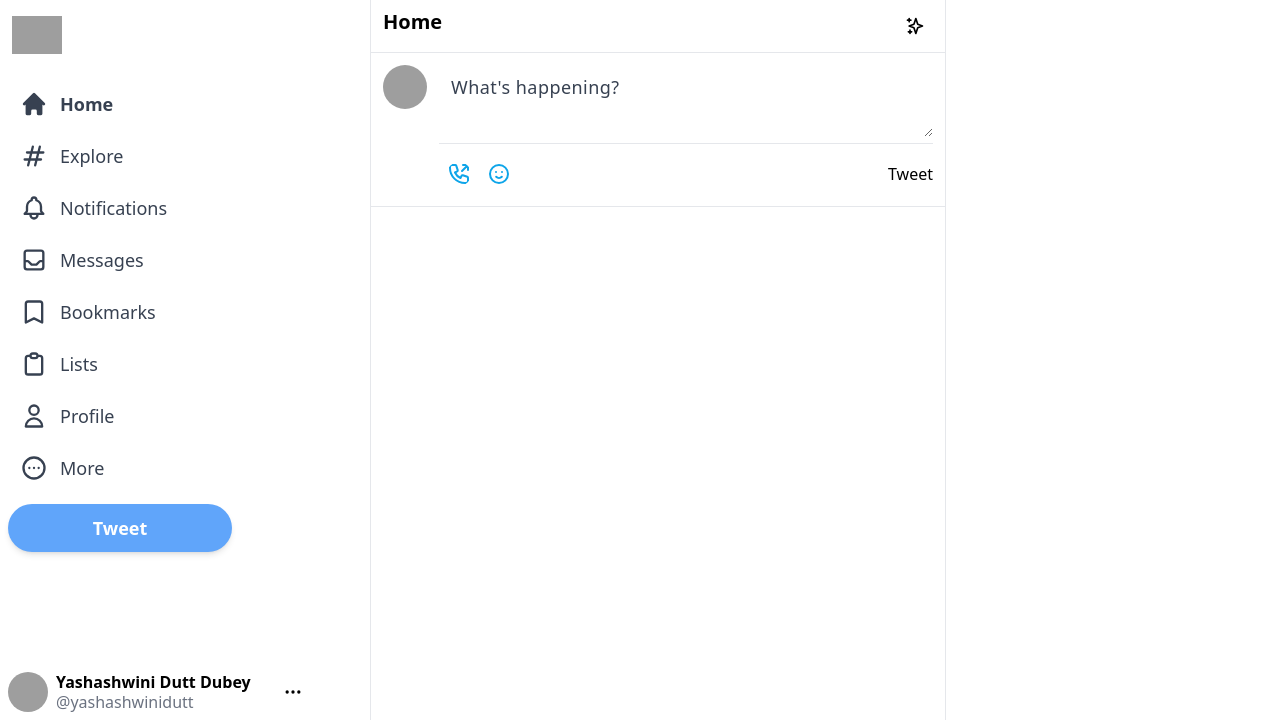
Repository: Yashashwinidutt/twitter
Page: /
The author's editor kept a copy of each file at every save. The page is drawn from the files as they stood at one save, then again after the next save.
The browser window is 1280 px wide. The pictures show the whole page.
Pictures or frames that could not be fetched are drawn as grey boxes. The project was rebuilt for these pictures with package versions that can differ from the ones it lists, and the page was loaded fresh each time. The framework's server and built-in components were replaced by stand-ins that run in the browser. Also part of the build but not shown: next.config.js.

Above is the page before, as saved 2023-02-28 12:02:07.

### pages/_app.js
import '@/component/component/styles/globals.css'

export default function App({ Component, pageProps }) {
  return <Component {...pageProps} />
}

### pages/index.js
import Head from 'next/head'
import Feed from '../components/Feed'
import Sidebar from '../components/Sidebar'

export default function Home() {
  return (
    <div>
      <Head>
        <title>Twitter Clone</title>
        <meta name="description" content="Generated by create next app" />
        <meta name="viewport" content="width=device-width, initial-scale=1" />
        <link rel="icon" href="/favicon.ico" />
      </Head>

      <main className="flex min-h-screen max-w-7xl mx-auto ">

        {/*Sidebar*/}
        <Sidebar/>

        {/*Feed*/}
        <Feed/>

        {/*Widgets*/}

        {/*Modal*/}

      </main>

    </div>
  )
}

### styles/globals.css
@tailwind base;
@tailwind components;
@tailwind utilities;

@layer components{
    .hoverEffect{
        @apply cursor-pointer hover:bg-gray-200 rounded-full w-[52px] xl:w-auto h-[52px] xl:h-auto xl:p-3
    }
}

### components/Feed.js
import { SparklesIcon } from "@heroicons/react/outline";
import Input from "./Input";

export default function Feed() {
  return (
    <div className="xl:ml-[370px] border-l border-r border-gray-200 xl:min-w-[576px] sm:ml-[73px] flex-grow max-w-xl">
      <div className="flex py-2 px-3 sticky top-0 z-50 bg-white border-b border-gray-200">
        <h2 className="text-lg sm:text-xl font-bold cursor-pointer">Home</h2>
        <div className="hoverEffect flex items-center justify-center px-0 ml-auto w-9 h-9">
            <SparklesIcon className="h-5"/>
        </div>
      </div>
      <Input/>
    </div>
  )
}

### components/Sidebar.js
import Image from "next/image";
import SidebarMenuItem from "./SidebarMenuItem";
import {HomeIcon} from "@heroicons/react/solid"
import {HashtagIcon} from "@heroicons/react/outline"
import {BellIcon} from "@heroicons/react/outline"
import {InboxIcon} from "@heroicons/react/outline"
import {BookmarkIcon} from "@heroicons/react/outline"
import {ClipboardIcon} from "@heroicons/react/outline"
import {UserIcon} from "@heroicons/react/outline"
import {DotsCircleHorizontalIcon} from "@heroicons/react/outline"
import {DotsHorizontalIcon} from "@heroicons/react/outline"
export default function Sidebar() {
  return (
    <div className="hidden sm:flex flex-col p-2 xl:items-start fixed h-full">
        {/*Twitter logo*/}
        <div className="hoverEffect p-2 hover:bg-blue-100 xl:px-1">
          <Image width="50" height="50" src="https://upload.wikimedia.org/wikipedia/commons/thumb/4/4f/Twitter-logo.svg/800px-Twitter-logo.svg.png" alt="error"></Image>
        </div>
        {/*Menu*/}
        <div className="mt-4 mb-2.5 xl:items-start">
          <SidebarMenuItem  text="Home" Icon={HomeIcon} active/>
          <SidebarMenuItem  text="Explore" Icon={HashtagIcon}/>
          <SidebarMenuItem  text="Notifications" Icon={BellIcon} />
          <SidebarMenuItem  text="Messages" Icon={InboxIcon}/>
          <SidebarMenuItem  text="Bookmarks" Icon={BookmarkIcon}/>
          <SidebarMenuItem  text="Lists" Icon={ClipboardIcon}/>
          <SidebarMenuItem  text="Profile" Icon={UserIcon}/>
          <SidebarMenuItem  text="More" Icon={DotsCircleHorizontalIcon}/>
        </div>

        {/*Button*/}
        <button className="bg-blue-400 text-white rounded-full w-56 h-12 font-bold shadow-md hover:brightness-95 text-lg hidden xl:inline
        ">Tweet</button>

        {/*Mini-Profile*/}
        <div className="hoverEffecttext-gray-700 flex items-center justify-center xl:justify-start mt-auto">
          {/* eslint-disable-next-line @next/next/no-img-element*/}
          <img src="https://cdn.shopify.com/s/files/1/0467/5878/9279/products/2_da0f83d1-d83f-4209-836e-306ddbbd7845.jpg" alt="error" className="h-10 w-10 rounded-full xl:mr-2"/>
          <div className="leading-5 hidden xl:inline">
                <h4 className="font-bold">Yashashwini Dutt Dubey</h4>
                <p className="text-gray-500">@yashashwinidutt</p>
          </div>
          <DotsHorizontalIcon className="h-5 xl:ml-8 hidden xl:inline"/>
        </div>
    </div>
  )
}

### components/Input.js
import { EmojiHappyIcon, PhoneOutgoingIcon } from "@heroicons/react/outline";

export default function Input() {
  return (
    <div className="flex border-b border-gray-200 p-3 space-x-3">

        <img width="50" src="https://cdn.shopify.com/s/files/1/0467/5878/9279/products/2_da0f83d1-d83f-4209-836e-306ddbbd7845.jpg" alt="error" className="h-11 w-11 rounded-full cursor-pointer hover:brightness-95"/>
        <div className="w-full divide-y divide-gray-200">
          <div className="">
              <textarea rows="2" className="w-full border-none focus:ring-0 text-lg placeholder-gray-700 tracking-wide min-h-[50px] text-gray-700" placeholder="What's happening?"></textarea>
           </div>
        <div className="flex items-center justify-between pt-2.5">
            <div className="flex">
              <PhoneOutgoingIcon className="h-10 w-10 hoverEffect p-2 text-sky-500 hover:bg-sky-100"/>
              <EmojiHappyIcon className="h-10 w-10 hoverEffect p-2 text-sky-500 hover:bg-sky-100"/>
            </div>
            <button>Tweet</button>
        </div>
      </div>
    </div>
  )
}

### components/SidebarMenuItem.js

export default function SidebarMenuItem({text, Icon, active}) {
  return (
    <div className="hoverEffect flex items-center text-gray-700 justify-center xl:justify-start text-lg space-x-3">
        <Icon className="h-7"/>
        <span className={`${active && "font-bold"} hidden xl:inline`}>{text}</span>
    </div>
  )
}

### tailwind.config.js
/** @type {import('tailwindcss').Config} */
module.exports = {
  content: [
    "./app/**/*.{js,ts,jsx,tsx}",
    "./pages/**/*.{js,ts,jsx,tsx}",
    "./components/**/*.{js,ts,jsx,tsx}",

    // Or if using `src` directory:
    "./src/**/*.{js,ts,jsx,tsx}",
  ],
  theme: {
    extend: {},
  },
  plugins: [require('@tailwindcss/forms')],
}

Loaded but not shown: pages/_document.js (common file)

After the next save:
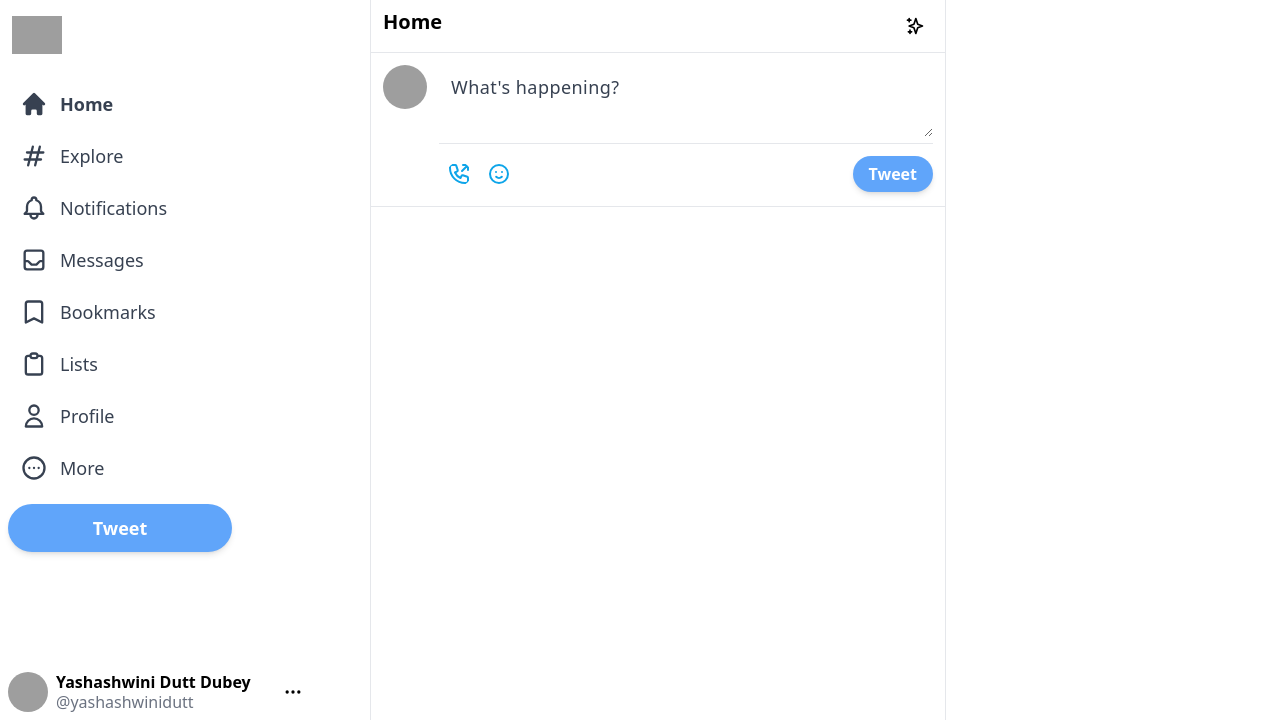
Saved 3 min 8 s later.
--- a/components/Input.js
+++ b/components/Input.js
@@ -14,7 +14,7 @@
               <PhoneOutgoingIcon className="h-10 w-10 hoverEffect p-2 text-sky-500 hover:bg-sky-100"/>
               <EmojiHappyIcon className="h-10 w-10 hoverEffect p-2 text-sky-500 hover:bg-sky-100"/>
             </div>
-            <button>Tweet</button>
+            <button className="bg-blue-400 text-white px-4 py-1.5 rounded-full font-bold shadow-md hover:brightness-95 disabled:opacity-50">Tweet</button>
         </div>
       </div>
     </div>
